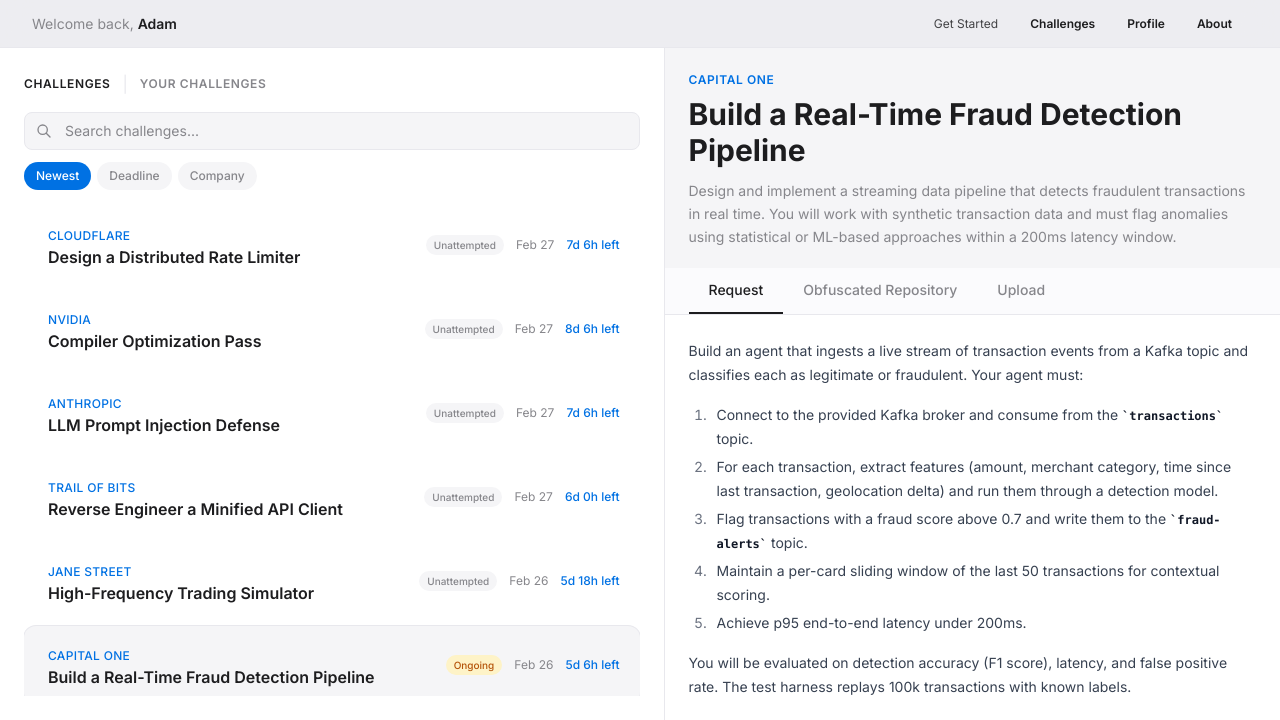
Repository: Ypout07/raikes-hacks
Page: / (app in web/)
The author's editor kept a copy of each file at every save. The page is drawn from the files as they stood at one save, then again after the next save.
The browser window is 1280 px wide. The pictures show the whole page.
An inner scrolling area shows only its first screen. The project was rebuilt for these pictures with package versions that can differ from the ones it lists, and the page was loaded fresh each time. The framework's server and built-in components were replaced by stand-ins that run in the browser. Also part of the build but not shown: web/next.config.ts.

Above is the page before, as saved 2026-02-28 21:59:04.

After the next save:
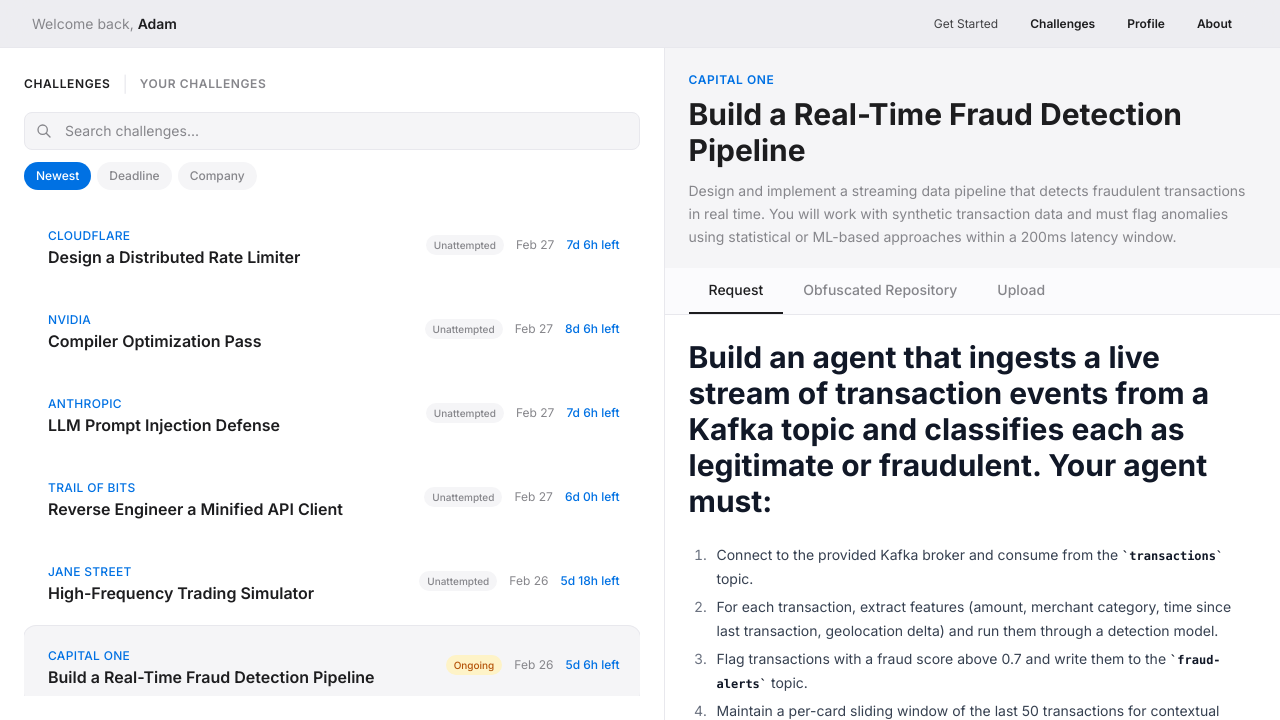
Saved 8 min 49 s later.
--- a/web/src/lib/mockChallenges.ts
+++ b/web/src/lib/mockChallenges.ts
@@ -8,7 +8,7 @@
         description:
             "Design and implement a streaming data pipeline that detects fraudulent transactions in real time. You will work with synthetic transaction data and must flag anomalies using statistical or ML-based approaches within a 200ms latency window.",
         request:
-            "Build an agent that ingests a live stream of transaction events from a Kafka topic and classifies each as legitimate or fraudulent. Your agent must:\n\n1. Connect to the provided Kafka broker and consume from the `transactions` topic.\n2. For each transaction, extract features (amount, merchant category, time since last transaction, geolocation delta) and run them through a detection model.\n3. Flag transactions with a fraud score above 0.7 and write them to the `fraud-alerts` topic.\n4. Maintain a per-card sliding window of the last 50 transactions for contextual scoring.\n5. Achieve p95 end-to-end latency under 200ms.\n\nYou will be evaluated on detection accuracy (F1 score), latency, and false positive rate. The test harness replays 100k transactions with known labels.",
+            "# Build an agent that ingests a live stream of transaction events from a Kafka topic and classifies each as legitimate or fraudulent. Your agent must:\n\n1. Connect to the provided Kafka broker and consume from the `transactions` topic.\n2. For each transaction, extract features (amount, merchant category, time since last transaction, geolocation delta) and run them through a detection model.\n3. Flag transactions with a fraud score above 0.7 and write them to the `fraud-alerts` topic.\n4. Maintain a per-card sliding window of the last 50 transactions for contextual scoring.\n5. Achieve p95 end-to-end latency under 200ms.\n\nYou will be evaluated on detection accuracy (F1 score), latency, and false positive rate. The test harness replays 100k transactions with known labels.",
         postedAt: "2026-02-26T10:00:00Z",
         deadline: "2026-03-05T23:59:00Z",
         status: "ongoing",

After the save that followed:
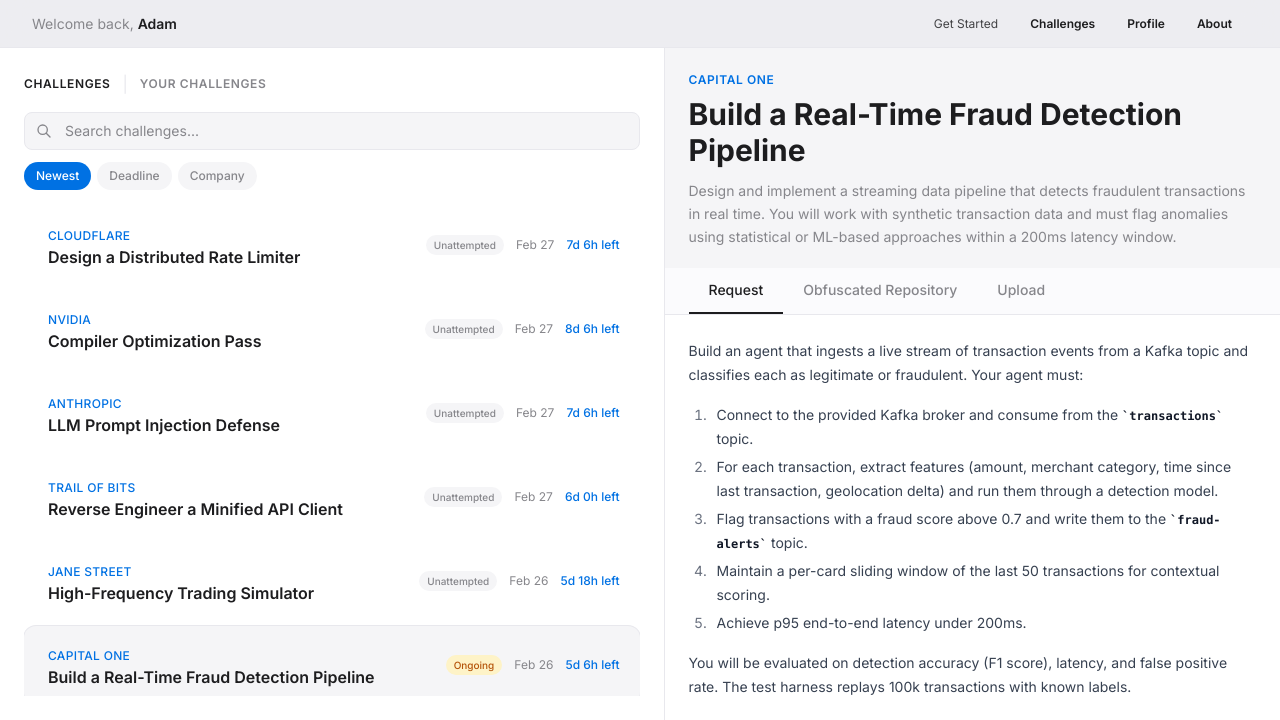
Saved 13 min 7 s later.
--- a/web/src/lib/mockChallenges.ts
+++ b/web/src/lib/mockChallenges.ts
@@ -8,7 +8,7 @@
         description:
             "Design and implement a streaming data pipeline that detects fraudulent transactions in real time. You will work with synthetic transaction data and must flag anomalies using statistical or ML-based approaches within a 200ms latency window.",
         request:
-            "# Build an agent that ingests a live stream of transaction events from a Kafka topic and classifies each as legitimate or fraudulent. Your agent must:\n\n1. Connect to the provided Kafka broker and consume from the `transactions` topic.\n2. For each transaction, extract features (amount, merchant category, time since last transaction, geolocation delta) and run them through a detection model.\n3. Flag transactions with a fraud score above 0.7 and write them to the `fraud-alerts` topic.\n4. Maintain a per-card sliding window of the last 50 transactions for contextual scoring.\n5. Achieve p95 end-to-end latency under 200ms.\n\nYou will be evaluated on detection accuracy (F1 score), latency, and false positive rate. The test harness replays 100k transactions with known labels.",
+            "Build an agent that ingests a live stream of transaction events from a Kafka topic and classifies each as legitimate or fraudulent. Your agent must:\n\n1. Connect to the provided Kafka broker and consume from the `transactions` topic.\n2. For each transaction, extract features (amount, merchant category, time since last transaction, geolocation delta) and run them through a detection model.\n3. Flag transactions with a fraud score above 0.7 and write them to the `fraud-alerts` topic.\n4. Maintain a per-card sliding window of the last 50 transactions for contextual scoring.\n5. Achieve p95 end-to-end latency under 200ms.\n\nYou will be evaluated on detection accuracy (F1 score), latency, and false positive rate. The test harness replays 100k transactions with known labels.",
         postedAt: "2026-02-26T10:00:00Z",
         deadline: "2026-03-05T23:59:00Z",
         status: "ongoing",
